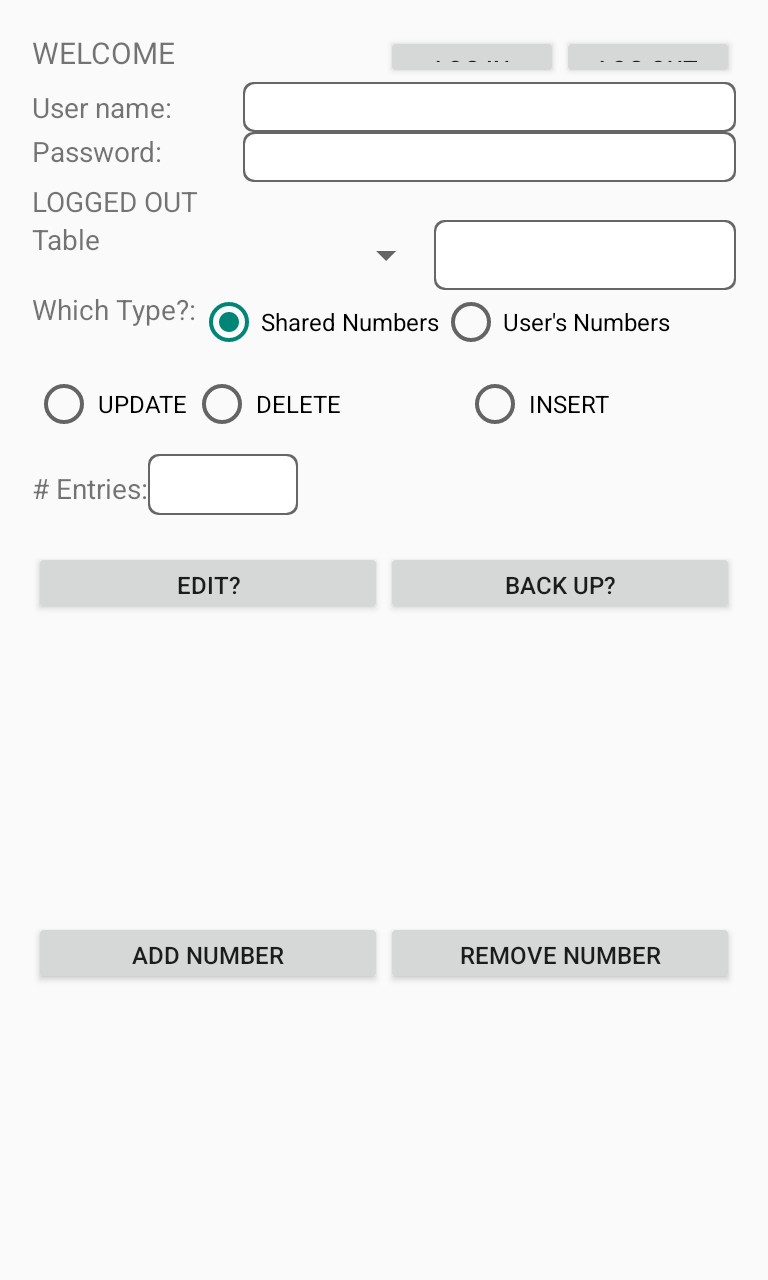
Repository: kharryman/LFQ_APP
Layout: LearnFactsQuick/res/layout/edit_numbers.xml
The author's editor kept a copy of each file at every save. The layout is drawn from the files as they stood at one save, then again after the next save.
It is drawn on a 768 x 1280 px phone screen (xhdpi) without system bars, with theme AppTheme; the app's code is not run.

Above is the layout before, as saved 2018-03-21 03:33:45.

### LearnFactsQuick/res/layout/edit_numbers.xml
<LinearLayout xmlns:tools="http://schemas.android.com/tools"
    xmlns:android="http://schemas.android.com/apk/res/android"
    android:id="@+id/edit_numbers_layout"
    android:layout_width="match_parent"
    android:layout_height="wrap_content"
    android:orientation="vertical"
    android:paddingBottom="@dimen/activity_vertical_margin"
    android:paddingLeft="@dimen/activity_horizontal_margin"
    android:paddingRight="@dimen/activity_horizontal_margin"
    android:paddingTop="@dimen/activity_vertical_margin"
    tools:context="com.lfq.learnfactsquick.SecondLfqActivity"
    tools:ignore="TextFields" >

    <LinearLayout
        android:layout_width="match_parent"
        android:layout_height="wrap_content"
        android:orientation="vertical" >

        <LinearLayout
            android:id="@+id/edit_numbers_top_layout"
            android:layout_width="match_parent"
            android:layout_height="wrap_content"
            android:orientation="vertical" >

            <LinearLayout
                android:layout_width="match_parent"
                android:layout_height="50px"
                android:orientation="horizontal" >

                <TextView
                    android:id="@+id/prompt_edit_numbers"
                    android:layout_width="0dp"
                    android:layout_height="match_parent"
                    android:layout_weight="0.50"
                    android:text="WELCOME"
                    android:textSize="15sp" />

                <Button
                    android:id="@+id/do_login_edit_numbers"
                    android:layout_width="0dp"
                    android:layout_height="match_parent"
                    android:layout_weight="0.25"
                    android:text="LOG IN"
                    android:textSize="12sp" >
                </Button>

                <Button
                    android:id="@+id/do_logout_edit_numbers"
                    android:layout_width="0dp"
                    android:layout_height="match_parent"
                    android:layout_weight="0.25"
                    android:text="LOG OUT"
                    android:textSize="12sp" >
                </Button>
            </LinearLayout>

            <LinearLayout
                android:layout_width="match_parent"
                android:layout_height="wrap_content"
                android:orientation="horizontal" >

                <TextView
                    android:id="@+id/prompt_edit_numbers_username"
                    android:layout_width="0dp"
                    android:layout_height="50px"
                    android:layout_weight="0.3"
                    android:text="User name:"
                    android:textSize="14dp" >
                </TextView>

                <EditText
                    android:id="@+id/edit_numbers_username"
                    android:layout_width="0dp"
                    android:layout_height="match_parent"
                    android:layout_weight="0.7"
                    android:background="@drawable/rounded_edittext"
                    android:inputType="textMultiLine"
                    android:maxLines="1"
                    android:textSize="14dp" >
                </EditText>
            </LinearLayout>

            <LinearLayout
                android:layout_width="match_parent"
                android:layout_height="50px"
                android:orientation="horizontal" >

                <TextView
                    android:id="@+id/prompt_edit_numbers_password"
                    android:layout_width="0dp"
                    android:layout_height="match_parent"
                    android:layout_weight="0.3"
                    android:text="Password:"
                    android:textSize="14dp" >
                </TextView>

                <EditText
                    android:id="@+id/edit_numbers_password"
                    android:layout_width="0dp"
                    android:layout_height="match_parent"
                    android:layout_weight="0.7"
                    android:background="@drawable/rounded_edittext"
                    android:inputType="textMultiLine"
                    android:maxLines="1"
                    android:password="true"
                    android:textSize="14dp" >
                </EditText>
            </LinearLayout>

            <TextView
                android:id="@+id/edit_numbers_login_status"
                android:layout_width="wrap_content"
                android:layout_height="wrap_content"
                android:text="LOGGED OUT" >
            </TextView>

            <LinearLayout
                android:id="@+id/edit_numbers_select_table_layout"
                android:layout_width="match_parent"
                android:layout_height="70px"
                android:orientation="horizontal" >

                <TextView
                    android:id="@+id/prompt_select_numbers_table"
                    android:layout_width="0dp"
                    android:layout_height="match_parent"
                    android:layout_weight="0.25"
                    android:text="Table" />

                <Spinner
                    android:id="@+id/select_edit_numbers_title"
                    android:layout_width="0dp"
                    android:layout_height="match_parent"
                    android:layout_weight="0.75" />

                <EditText
                    android:id="@+id/input_numbers_table"
                    android:layout_width="0dp"
                    android:layout_height="match_parent"
                    android:layout_weight="0.75"
                    android:background="@drawable/rounded_edittext"
                    android:inputType="textMultiLine"
                    android:maxLines="2" />
            </LinearLayout>

            <LinearLayout
                android:id="@+id/edit_numbers_choose_layout"
                android:layout_width="match_parent"
                android:layout_height="wrap_content"
                android:orientation="horizontal" >

                <TextView
                    android:id="@+id/prompt_choose_numbers_type"
                    android:layout_width="wrap_content"
                    android:layout_height="wrap_content"
                    android:text="Which Type?:" >
                </TextView>

                <RadioGroup
                    android:id="@+id/edit_numbers_choices"
                    android:layout_width="wrap_content"
                    android:layout_height="wrap_content"
                    android:orientation="horizontal" >

                    <RadioButton
                        android:id="@+id/check_edit_shared_numbers"
                        android:layout_weight="1"
                        android:checked="true"
                        android:text="Shared Numbers"
                        android:textSize="12sp" >
                    </RadioButton>

                    <RadioButton
                        android:id="@+id/check_edit_user_numbers"
                        android:layout_weight="1"
                        android:text="User&apos;s Numbers"
                        android:textSize="12sp" >
                    </RadioButton>
                </RadioGroup>
            </LinearLayout>

            <RadioGroup
                android:id="@+id/numbers_buttons"
                android:layout_width="match_parent"
                android:layout_height="100px"
                android:orientation="horizontal" >

                <RadioButton
                    android:id="@+id/check_update_numbers"
                    android:layout_height="wrap_content"
                    android:padding="1dp"
                    android:text="UPDATE"
                    android:textSize="12sp" >
                </RadioButton>

                <RadioButton
                    android:id="@+id/check_delete_numbers"
                    android:layout_width="0dp"
                    android:layout_height="match_parent"
                    android:layout_weight="0.33"
                    android:padding="1dp"
                    android:text="DELETE"
                    android:textSize="12sp" >
                </RadioButton>

                <RadioButton
                    android:id="@+id/check_insert_numbers"
                    android:layout_width="0dp"
                    android:layout_height="match_parent"
                    android:layout_weight="0.33"
                    android:padding="1dp"
                    android:text="INSERT"
                    android:textSize="12sp" >
                </RadioButton>
            </RadioGroup>

            <LinearLayout
                android:id="@+id/edit_numbers_number_entries_layout"
                android:layout_width="match_parent"
                android:layout_height="wrap_content"
                android:orientation="horizontal" >

                <TextView
                    android:id="@+id/prompt_number_numbers_entries"
                    android:layout_width="wrap_content"
                    android:layout_height="wrap_content"
                    android:text="# Entries:" >
                </TextView>

                <EditText
                    android:id="@+id/input_number_numbers_entries"
                    android:layout_width="75sp"
                    android:layout_height="wrap_content"
                    android:background="@drawable/rounded_edittext"
                    android:inputType="number"
                    android:maxLength="3" >
                </EditText>
            </LinearLayout>
        </LinearLayout>

        <TextView
            android:id="@+id/edit_numbers_results"
            android:layout_width="wrap_content"
            android:layout_height="wrap_content"
            android:textSize="12sp" >
        </TextView>

        <LinearLayout
            android:id="@+id/edit_numbers_fullscreen_layout"
            android:layout_width="match_parent"
            android:layout_height="70px"
            android:orientation="horizontal" >

            <Button
                android:id="@+id/do_edit_numbers_table"
                android:layout_width="0dp"
                android:layout_height="wrap_content"
                android:layout_weight="0.5"
                android:text="EDIT?"
                android:textSize="12sp" />

            <Button
                android:id="@+id/do_edit_numbers_backup"
                android:layout_width="0dp"
                android:layout_height="wrap_content"
                android:layout_weight="0.5"
                android:text="BACK UP?"
                android:textSize="12sp" />
        </LinearLayout>

        <ScrollView
            android:layout_width="match_parent"
            android:layout_height="300px" >

            <RelativeLayout
                android:id="@+id/numbers_mnemonic_entries_layout"
                android:layout_width="match_parent"
                android:layout_height="wrap_content" >
            </RelativeLayout>
        </ScrollView>

        <LinearLayout
            android:id="@+id/edit_numbers_add_remove_numbers"
            android:layout_width="match_parent"
            android:layout_height="70px"
            android:orientation="horizontal" >

            <Button
                android:id="@+id/do_edit_numbers_add_number"
                android:layout_width="0dp"
                android:layout_height="70px"
                android:layout_weight="0.5"
                android:text="ADD NUMBER"
                android:textSize="12sp" />

            <Button
                android:id="@+id/do_edit_numbers_remove_number"
                android:layout_width="0dp"
                android:layout_height="70px"
                android:layout_weight="0.5"
                android:text="REMOVE NUMBER"
                android:textSize="12sp" />
        </LinearLayout>
    </LinearLayout>

</LinearLayout>

### LearnFactsQuick/res/drawable/rounded_edittext.xml
<?xml version="1.0" encoding="utf-8"?>
<layer-list xmlns:android="http://schemas.android.com/apk/res/android" >

    <item>
<shape xmlns:android="http://schemas.android.com/apk/res/android"
android:shape="rectangle">
 <solid android:color="#666666" />
 <padding
        android:bottom="1dp"
        android:left="1dp"
        android:right="1dp"
        android:top="1dp"
    />
 <corners
     android:bottomRightRadius="5dp"
     android:bottomLeftRadius="5dp"
  android:topLeftRadius="5dp"
  android:topRightRadius="5dp"/>
</shape>
</item>

    <item>
<shape xmlns:android="http://schemas.android.com/apk/res/android"
android:shape="rectangle">
 <solid android:color="#FFFFFF"/>
     <padding
        android:bottom="2dp"
        android:left="2dp"
        android:right="2dp"
        android:top="2dp"
    />
    <corners
     android:bottomRightRadius="5dp"
     android:bottomLeftRadius="5dp"
  android:topLeftRadius="5dp"
  android:topRightRadius="5dp"/>
</shape>
</item>


</layer-list>

Loaded but not shown: LearnFactsQuick/res/values/styles.xml (common file); LearnFactsQuick/res/values-v11/styles.xml (common file); LearnFactsQuick/res/values-v14/styles.xml (common file); LearnFactsQuick/res/values/dimens.xml (common file); LearnFactsQuick/res/values-w820dp/dimens.xml (common file)

After the next save:
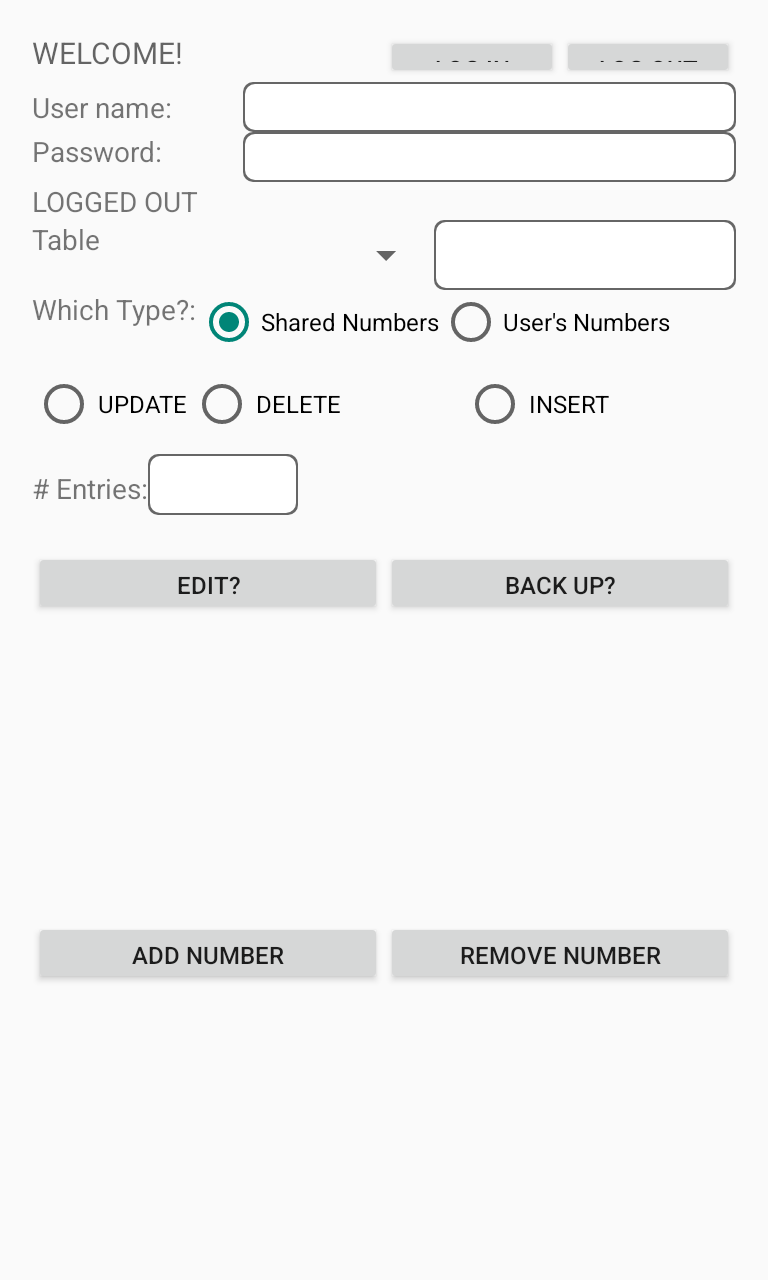
Saved 20 s later.
--- a/LearnFactsQuick/res/layout/edit_numbers.xml
+++ b/LearnFactsQuick/res/layout/edit_numbers.xml
@@ -32,7 +32,8 @@
                     android:layout_width="0dp"
                     android:layout_height="match_parent"
                     android:layout_weight="0.50"
-                    android:text="WELCOME"
+                    android:textAppearance="?android:attr/textAppearanceMedium"
+                    android:text="WELCOME!"
                     android:textSize="15sp" />
 
                 <Button
